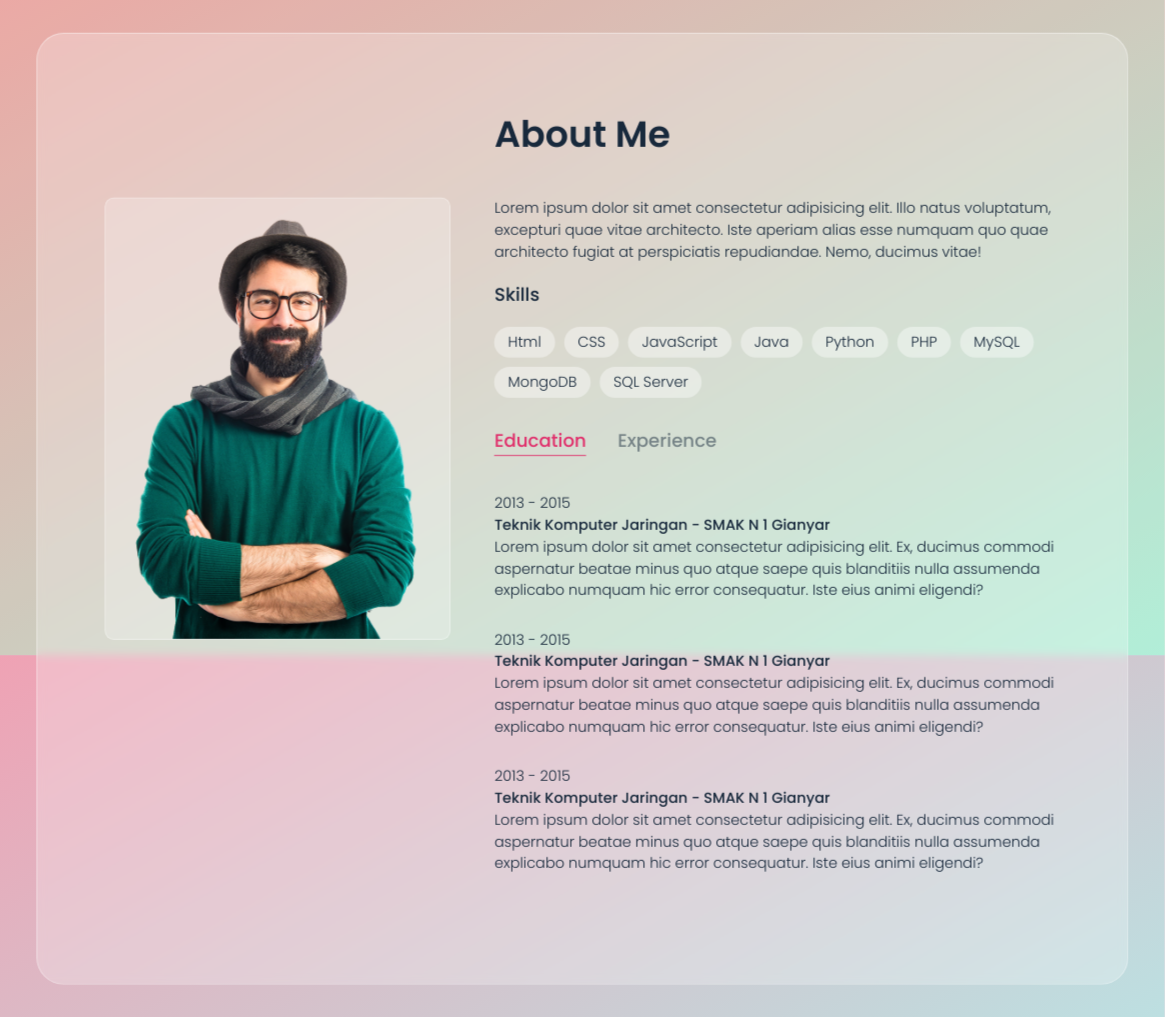
Repository: dewaary/Glassmorp-me
Page: index.html
The author's editor kept a copy of each file at every save. The page is drawn from the files as they stood at one save, then again after the next save.
The browser window is 1280 px wide. The pictures show the whole page, at 91% of full size.
Backgrounds fixed to the window are drawn as part of the page.

Above is the page before, as saved 2021-05-25 22:55:40.
Not found: js/script,js

After the next save:
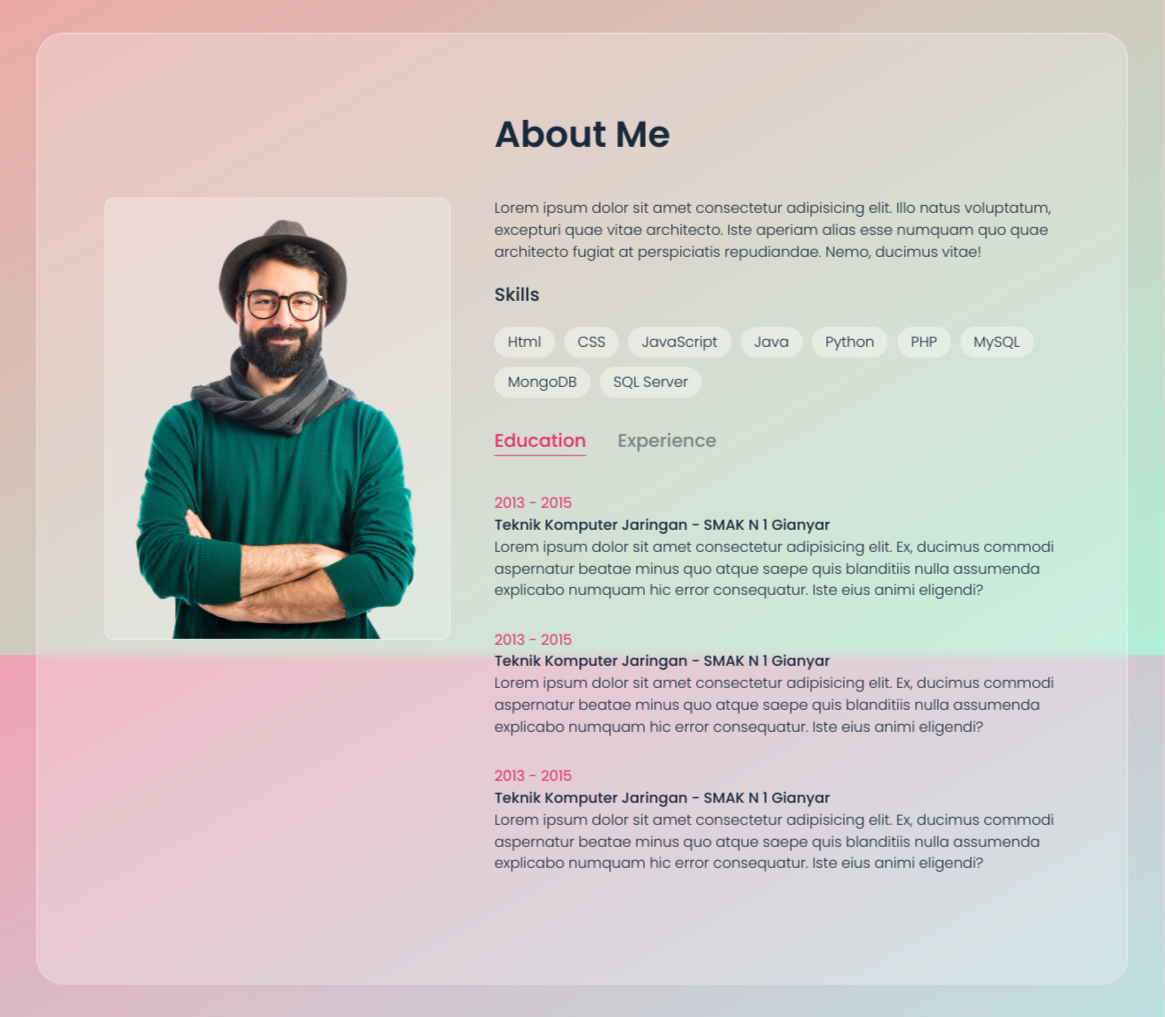
Saved 37 s later.
--- a/style.css
+++ b/style.css
@@ -347,6 +347,10 @@ Home Section */
   margin-bottom: 0;
 }
 
-.about-text .timeline-item .date{}
+.about-text .timeline-item .date{
+  display: block;
+  color: var(--main-color);
+  font-weight: 400;
+}
 .about-text .timeline-item h4{}
 .about-text .timeline-item h4 span{}
